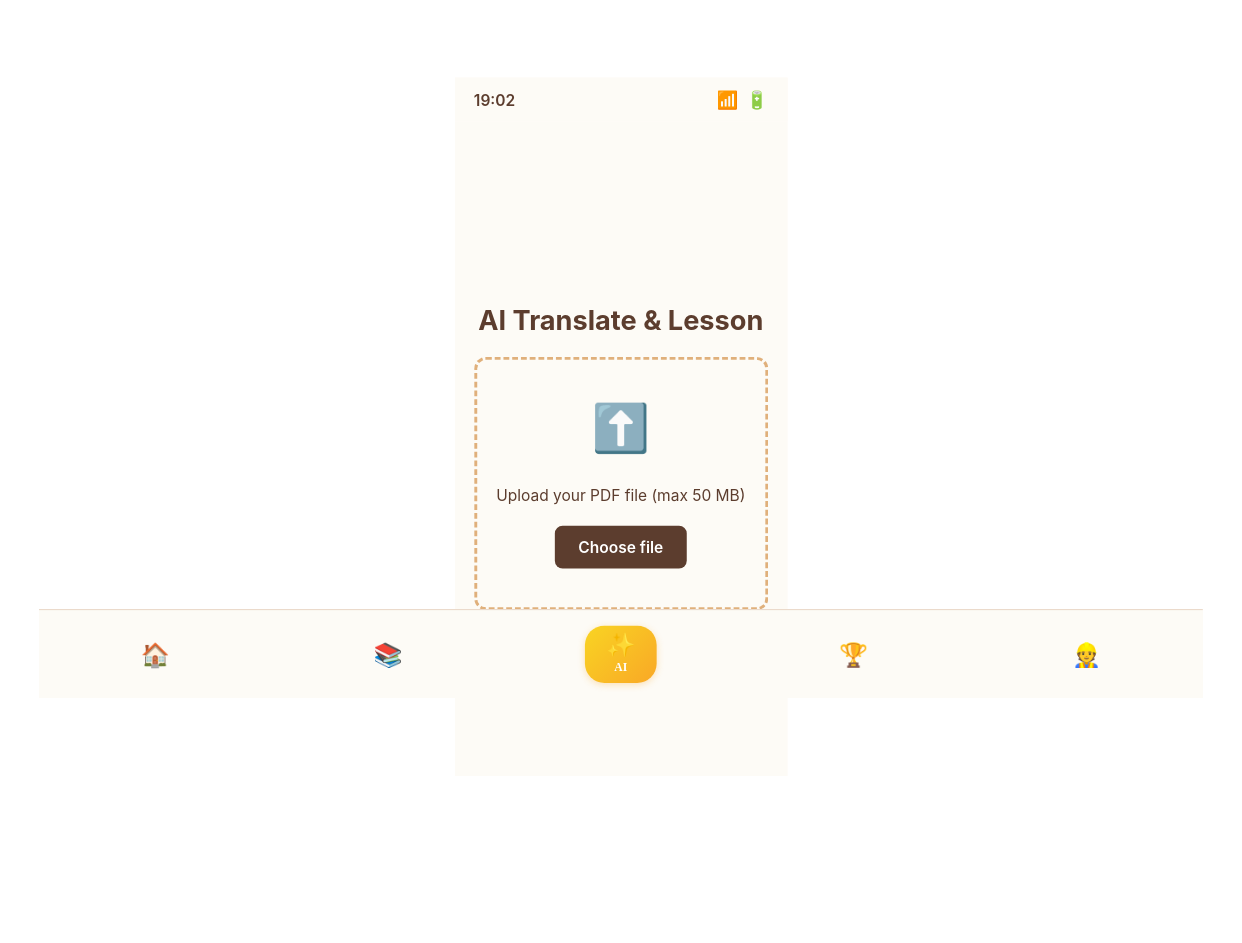
Repository: richelletiongson/Jargon_FrontendShowcase
Page: / (app in jargon_frontend/)
An editor plug-in stored every save of this project. The page is shown before and after the next save, followed by the edit.
The browser window is 1280 px wide. The pictures show the whole page, at 97% of full size.
The project was rebuilt for these pictures with package versions that can differ from the ones it lists, and the page was loaded fresh each time. Also part of the build but not shown: jargon_frontend/vite.config.js, jargon_frontend/src/index.css, jargon_frontend/src/home_pages/Home.jsx, jargon_frontend/src/course_pages/Course.jsx, jargon_frontend/src/charts_pages/Charts.jsx, jargon_frontend/src/profile_pages/Profile.jsx.

Above is the page before, as saved 2025-10-22 14:08:25.

After the next save:
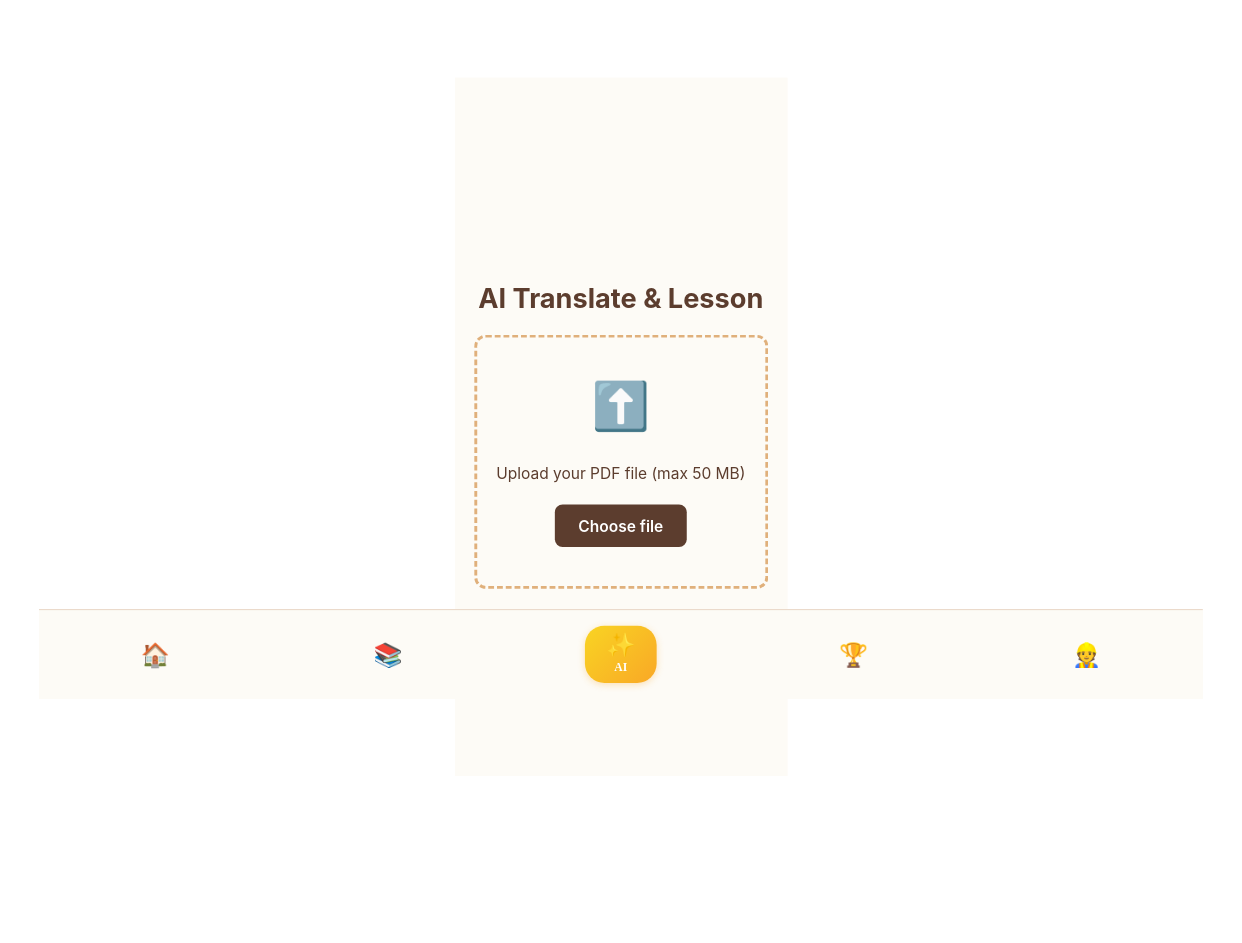
Saved 14 s later.
--- a/jargon_frontend/src/ai_pages/AI.jsx
+++ b/jargon_frontend/src/ai_pages/AI.jsx
@@ -13,15 +13,6 @@ const AI = () => {
 
   return (
     <div className="ai-page">
-      {/* Status Bar */}
-      <div className="status-bar">
-        <div className="time">19:02</div>
-        <div className="status-icons">
-          <div className="wifi-icon">📶</div>
-          <div className="battery-icon">🔋</div>
-        </div>
-      </div>
-
       {/* Main Content */}
       <div className="main-content">
         <h1 className="page-title">AI Translate & Lesson</h1>
